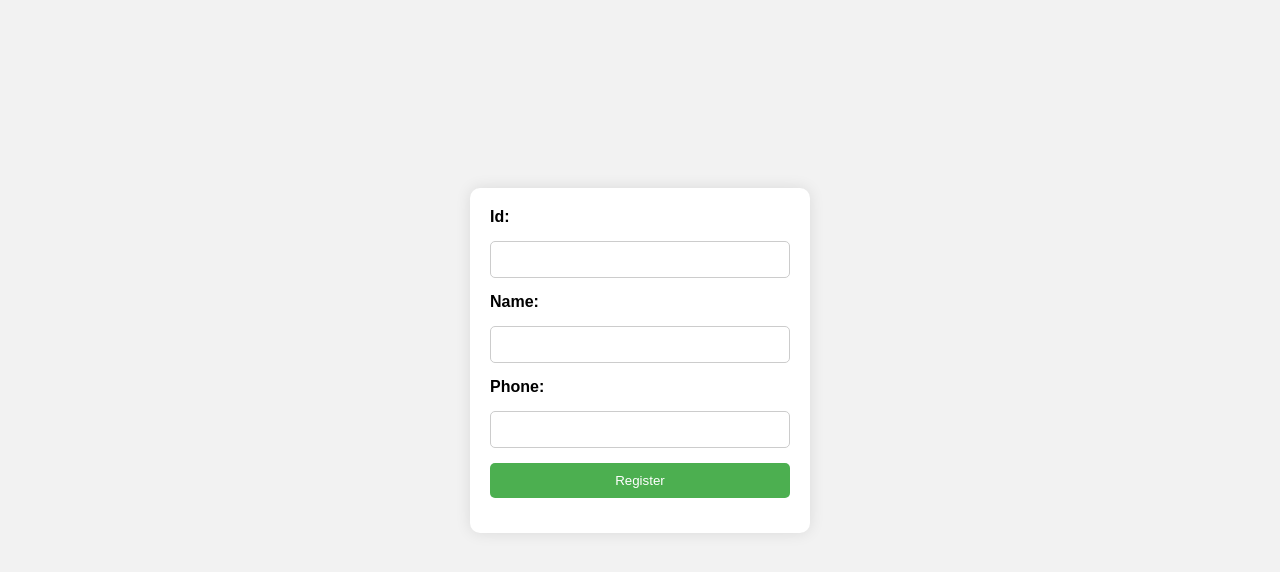
Repository: Akshay1416/Spring_MVC-Hiberneat-Project
Page: http://localhost/employee-mvc/register.jsp
These files come from the project's save history. The page is drawn as it stood at one moment and after the next save; the edit follows.
The browser window is 1280 px wide. The pictures show the whole page.
The page is served by Tomcat 9. Other server files are loaded and not shown.

Above is the page before, as saved 2024-10-15 14:04:50.

### employee-mvc/src/main/webapp/register.jsp
<%@ page language="java" contentType="text/html; charset=UTF-8"
    pageEncoding="UTF-8"%>
<!DOCTYPE html>
<html>
<head>
<meta charset="UTF-8">
<title>Insert title here</title>
<style>
        body {
            font-family: Arial, sans-serif;
            background-color: #f2f2f2;
            display: flex;
            justify-content: center;
            align-items: center;
            height: 100vh;
            margin: 0;
        }

        form {
            background-color: #fff;
            padding: 20px;
            border-radius: 10px;
            box-shadow: 0 0 15px rgba(0, 0, 0, 0.1);
            width: 300px;
        }

        label, input[type="text"], input[type="submit"] {
            display: block;
            width: 100%;
            margin-bottom: 15px;
        }

        label {
            font-weight: bold;
        }

        input[type="text"] {
            padding: 10px;
            border: 1px solid #ccc;
            border-radius: 5px;
            box-sizing: border-box;
        }

        input[type="submit"] {
            padding: 10px;
            background-color: #4CAF50;
            color: white;
            border: none;
            border-radius: 5px;
            cursor: pointer;
        }

        input[type="submit"]:hover {
            background-color: #45a049;
        }
    </style>
</head>
<body>
	<form action="reg">
        <label for="id">Id:</label>
        <input type="text" id="id" name="id">

        <label for="name">Name:</label>
        <input type="text" id="name" name="name">

        <label for="phone">Phone:</label>
        <input type="text" id="phone" name="phone">

        <input type="submit" value="Register">
    </form>
</body>
</html>

After the next save:
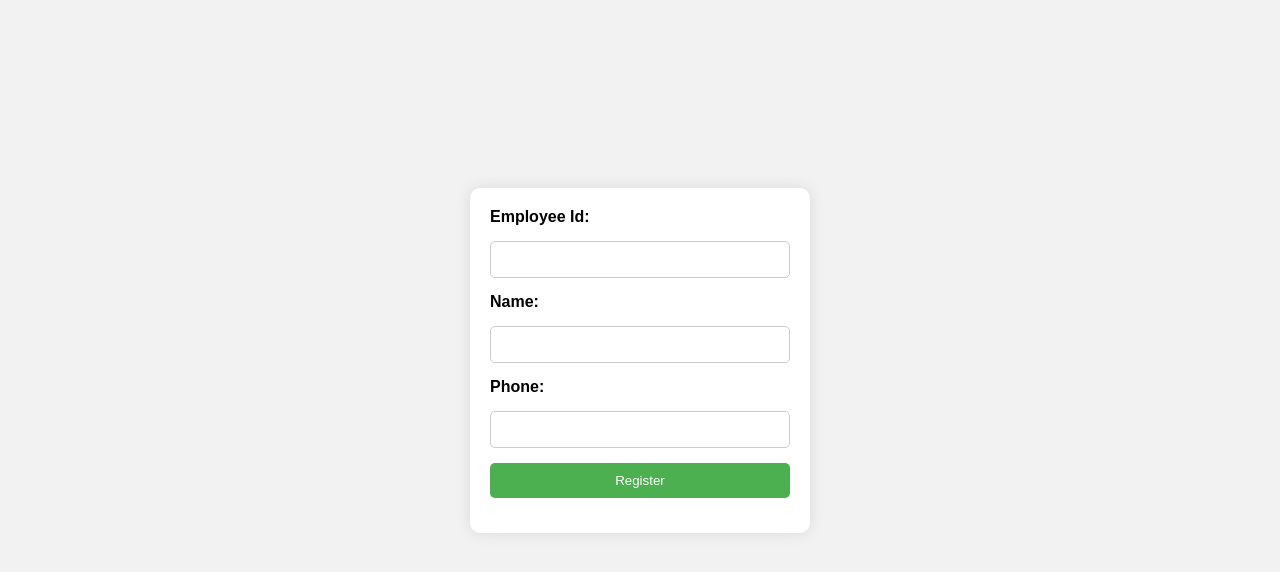
Saved 4 min 14 s later.
--- a/employee-mvc/src/main/webapp/register.jsp
+++ b/employee-mvc/src/main/webapp/register.jsp
@@ -57,7 +57,7 @@
 </head>
 <body>
 	<form action="reg">
-        <label for="id">Id:</label>
+        <label for="id">Employee Id:</label>
         <input type="text" id="id" name="id">
 
         <label for="name">Name:</label>
